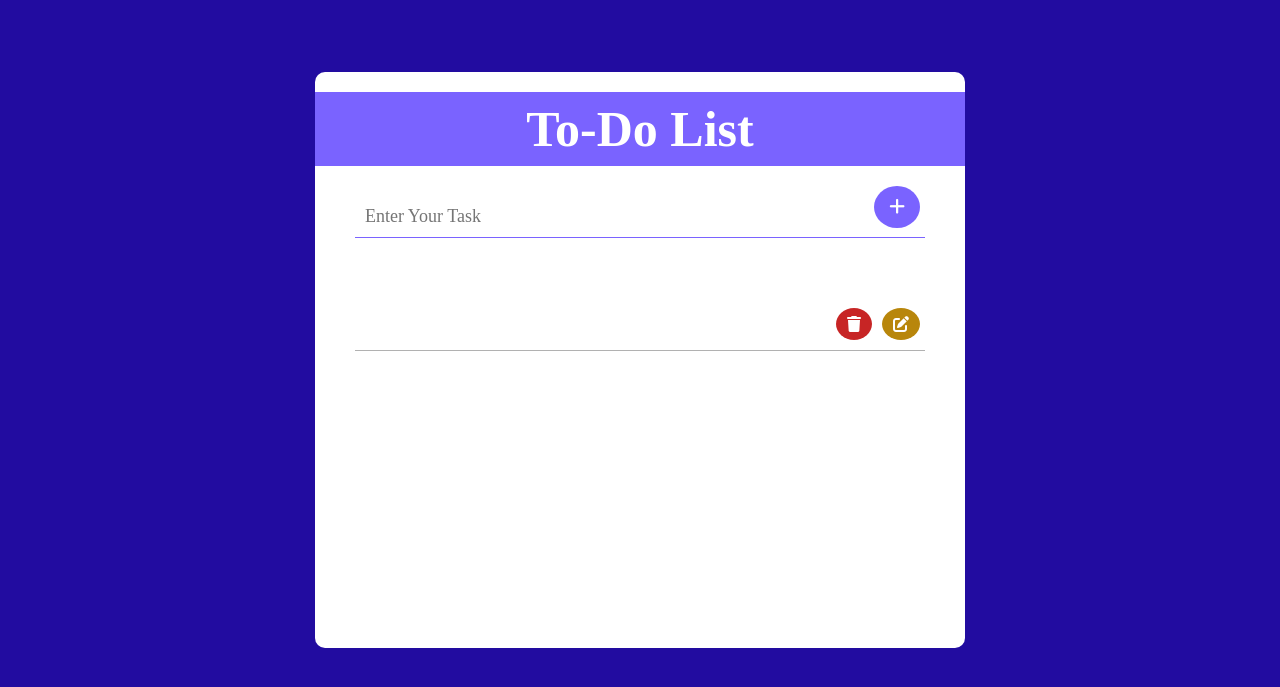
Repository: AliHassan02-Dev/To-Do-App
Page: /, after clicking the first element matching `span.fa-solid`
These files come from the project's save history. The page is drawn as it stood at one moment and after the next save; the edit follows.
The browser window is 1280 px wide. The pictures show the whole page.
Some web libraries are served in a nearby version. The project was rebuilt for these pictures with package versions that can differ from the ones it lists, and the page was loaded fresh each time. Also part of the build but not shown: vite.config.js.

Above is the page before, as saved 2024-10-28 12:40:05.

After the next save:
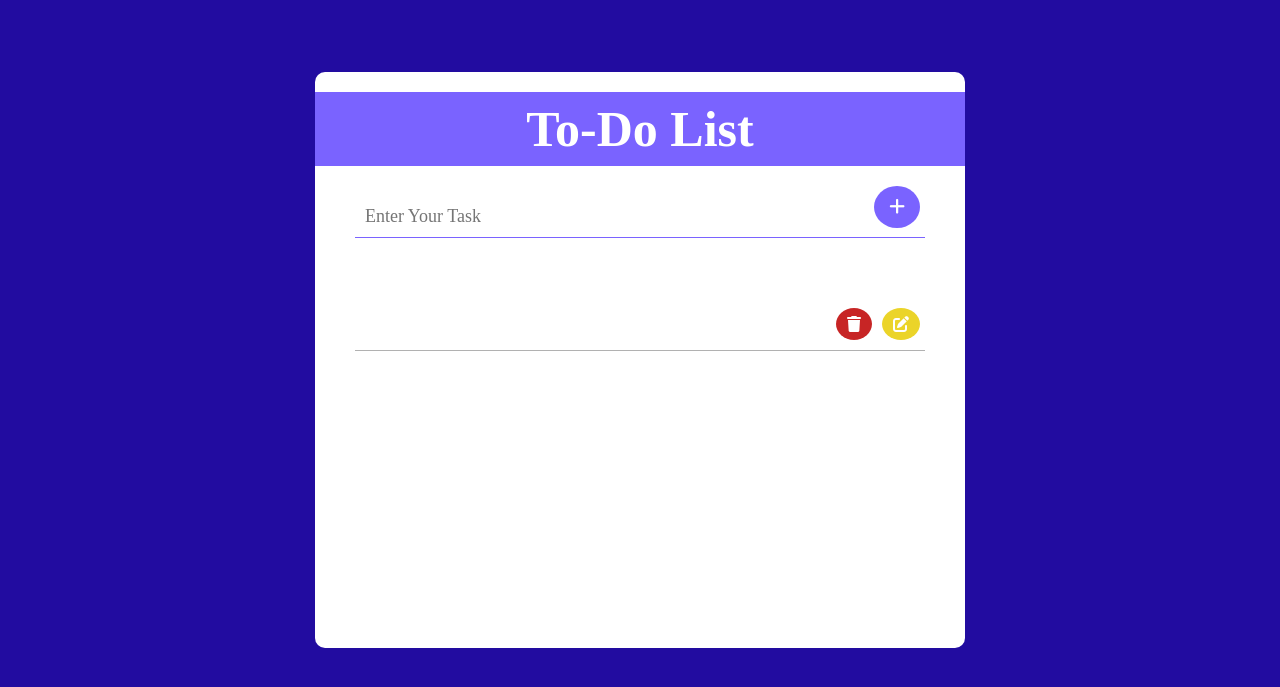
Saved 10 s later.
--- a/src/App.css
+++ b/src/App.css
@@ -134,7 +134,7 @@ body {
 }
 
 span.fa-solid.fa-edit {
-  background-color: darkgoldenrod !important;
+  background-color: rgb(235, 212, 41) !important;
 }
 
 .buttons {
